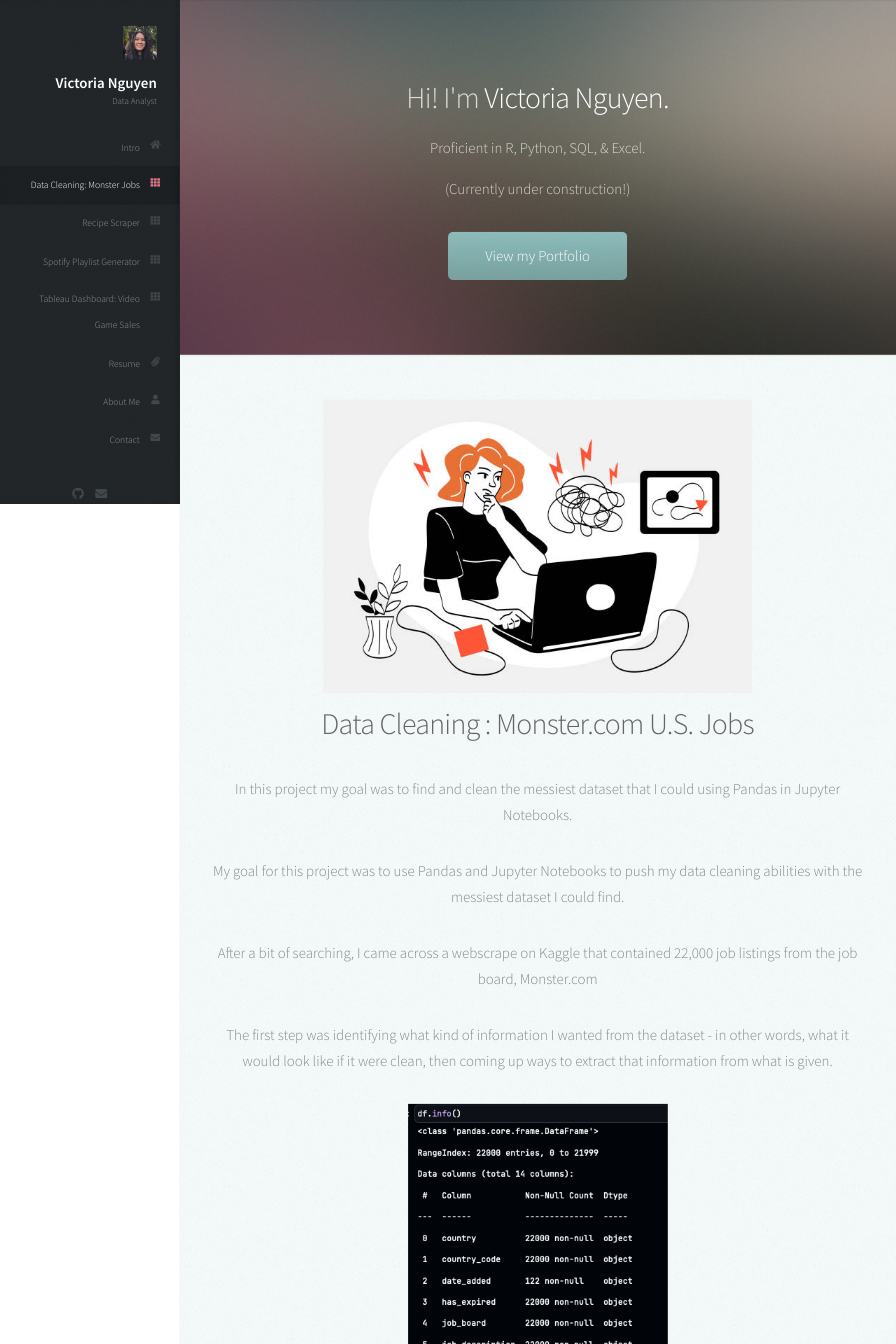
Repository: VictoriaTCNguyen/VictoriaTCNguyen
Page: index.html
The author's editor kept a copy of each file at every save. The page is drawn from the files as they stood at one save, then again after the next save.
The browser window is 1280 px wide. The pictures show the part of the page from y = 0 to 1920 px (the page is 12485 px tall), at 70% of full size.

Above is the page before, as saved 2023-06-07 07:54:45.

After the next save:
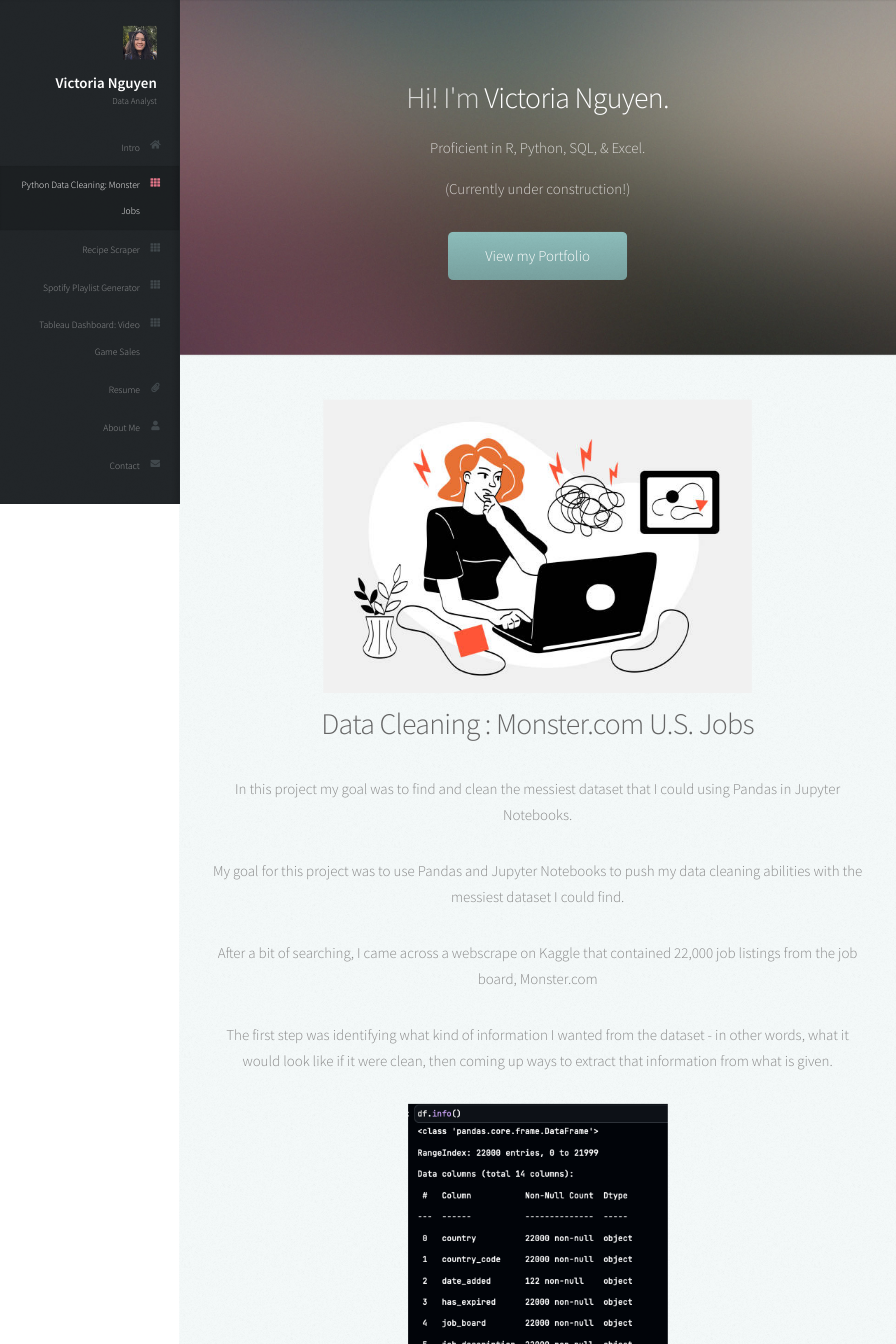
Saved 87 min 22 s later.
--- a/index.html
+++ b/index.html
@@ -30,7 +30,7 @@
 						<nav id="nav">
 							<ul>
 								<li><a href="#top" id="top-link"><span class="icon solid fa-home">Intro</span></a></li>
-								<li><a href="#portfolio" id="portfolio-link"><span class="icon solid fa-th">Data Cleaning: Monster Jobs </span></a></li>
+								<li><a href="#portfolio" id="portfolio-link"><span class="icon solid fa-th">Python Data Cleaning: Monster Jobs </span></a></li>
 								<li><a href="#portfolio2" id="portfolio-link"><span class="icon solid fa-th">Recipe Scraper </span></a></li>
 								<li><a href="#portfolio3" id="portfolio-link"><span class="icon solid fa-th">Spotify Playlist Generator </span></a></li>
 								<li><a href="#portfolio4" id="portfolio-link"><span class="icon solid fa-th">Tableau Dashboard: Video Game Sales </span></a></li>
